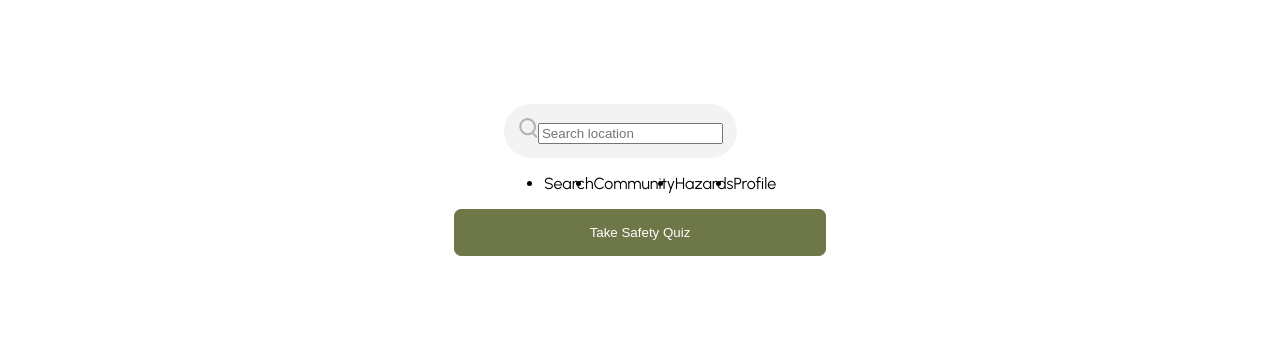
Repository: Aladdin3r/SafeCycle
Page: /
These files come from the project's save history. The page is drawn as it stood at one moment and after the next save; the edit follows.
The browser window is 1280 px wide. The pictures show the whole page.
The project was rebuilt for these pictures with package versions that can differ from the ones it lists, and the page was loaded fresh each time. The framework's server and built-in components were replaced by stand-ins that run in the browser.

Above is the page before, as saved 2024-04-15 10:52:12.

### pages/index.js
import Head from "next/head";
import styles from "@/styles/Home.module.css";
import Link from 'next/link'
import NavBar from "@/components/NavBar";


export default function Home() {
  return (
    <>
      <Head>
        <title>SafeCycle</title>
        <meta name="description" content="Home Page" />
        <meta name="viewport" content="width=device-width, initial-scale=1" />
        <link rel="icon" href="/favicon3.png" />
      </Head>
      <main className={`${styles.main}`}>
        <NavBar />
        <Link href="/quiz/questionOne">
          <button  className={styles.button}>Take Safety Quiz</button>
        </Link>

      </main>
    </>
  );
}

### styles/globals.css
@import url('https://fonts.googleapis.com/css2?family=Urbanist:wght@300;400;500;600&display=swap');

:root {
  --grey: #F3F3F3;
  --button-color: #6e7747;
  --button-color-hover: #4d5527;
  --correct: #008000;
  font-family: 'Urbanist', sans-serif;
}

### styles/Home.module.css
.main {
  display: flex;
  flex-direction: column;
  justify-content: space-between;
  align-items: center;
  padding: 6rem;
  min-height: 20vh;
}

.button {
  width: 372px;
  height: 47px;
  background-color: var(--button-color);
  color: white;
  border: 1.5px solid var(--button-color);
  border-radius: 7px;
}
.button:hover{
  width: 372px;
  height: 47px;
  background-color: var(--button-color-hover);
  color: white;
  border: 1.5px solid var(--button-color-hover);
  border-radius: 7px;
}

### components/NavBar/index.js
import nextConfig from '@/next.config.mjs'
import styles from './NavBar.module.css'
import Image from 'next/image'

export default function NavBar() {
    return(
        <div className={styles.Container}>
            <div className={styles.navigation}>
                <form>
                    <div className={styles.search}>
                        <Image className={styles.searchIcon} src="./icons/search.svg" width={20} height={20} />
                        <input className={styles.searchInput} type="search" placeholder='Search location'></input>
                    </div>
                </form>
                <ul>
                    <li className={styles.list}>
                        <a>Search</a>
                    </li>
                    <li className={styles.list}>
                        <a>Community</a>
                    </li>
                    <li className={styles.list}>
                        <a>Hazards</a>
                    </li>
                    <li className={styles.list}>
                        <a>Profile</a>
                    </li>

                </ul>
            </div>
        </div>
    )
}

### components/NavBar/NavBar.module.css
.search {
    width: max-content;
    align-items: center;
    padding: 14px;
    border-radius: 28px;
    background-color: var(--grey);
}

.container {
    display: flex;
}

.navigation ul {
    display: flex;
    flex-direction: row;
}

Loaded but not shown: pages/_app.js (common file); pages/_document.js (common file); next.config.mjs (common file)

After the next save:
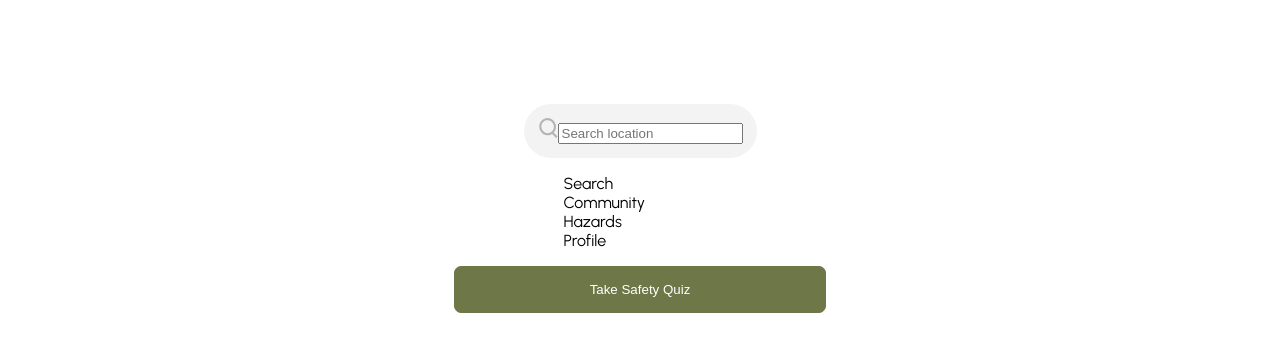
Saved 6 s later.
--- a/components/NavBar/NavBar.module.css
+++ b/components/NavBar/NavBar.module.css
@@ -10,7 +10,7 @@
     display: flex;
 }
 
-.navigation ul {
+.navigation ul li{
     display: flex;
     flex-direction: row;
 }

After the 3 saves that followed:
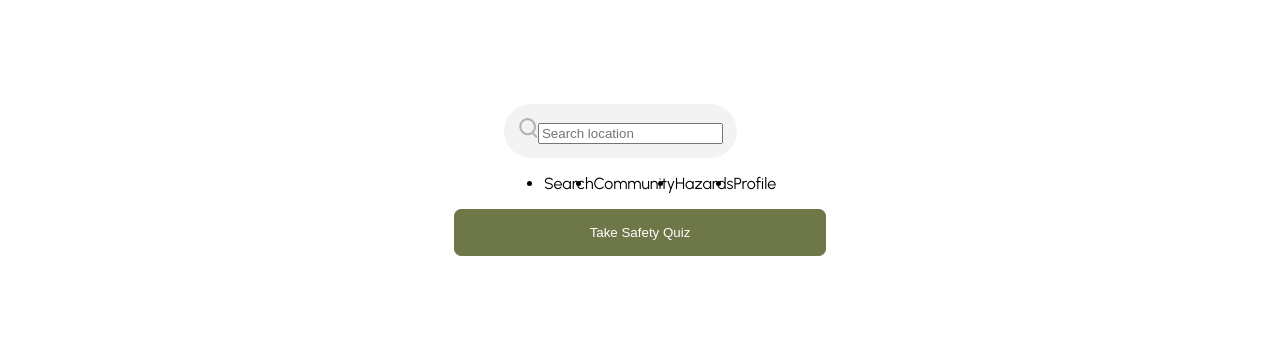
The 3 saves are shown as one change because 1 left the picture as it was and some came seconds apart.
The last was saved 13 s later.
--- a/components/NavBar/NavBar.module.css
+++ b/components/NavBar/NavBar.module.css
@@ -10,7 +10,7 @@
     display: flex;
 }
 
-.navigation ul li{
+.navigation ul{
     display: flex;
     flex-direction: row;
 }
